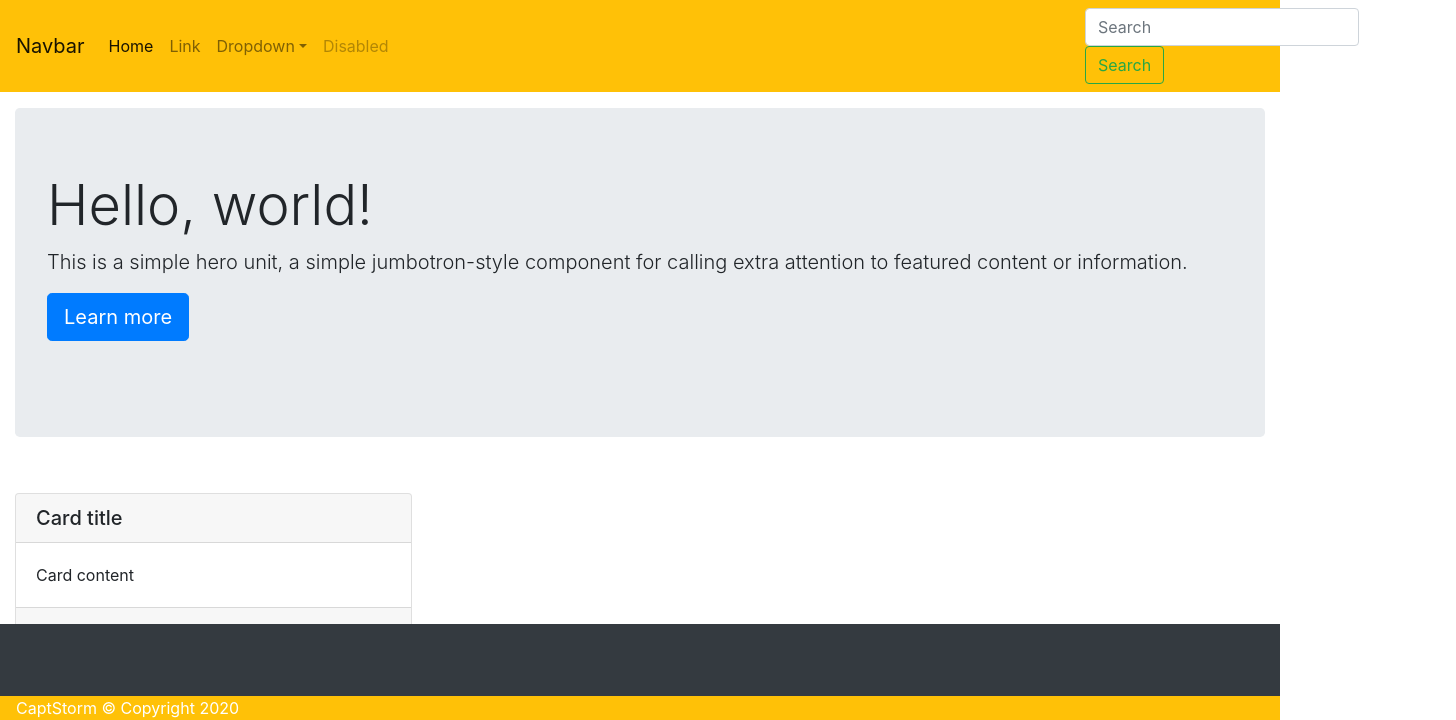
Repository: CaptainStorm21/complete-react16-bootstrap-passing-props
Page: /
An editor plug-in stored every save of this project. The page is shown before and after the next save, followed by the edit.
The browser window is 1280 px wide. The page is 1359 px wide, then 1456 px, so the pictures cover 1456 px, including what lies to the right of the window. The pictures show the whole page.
The project was rebuilt for these pictures with package versions that can differ from the ones it lists, and the page was loaded fresh each time.

Above is the page before, as saved 2020-04-23 14:20:09.

### public/index.html
<!DOCTYPE html>
<html lang="en">
<head>
  <title>Bootstrap Example</title>
  <meta charset="utf-8">
  <meta name="viewport" content="width=device-width, initial-scale=1">
  <link rel="stylesheet" href="https://maxcdn.bootstrapcdn.com/bootstrap/4.4.1/css/bootstrap.min.css">
  <script src="https://ajax.googleapis.com/ajax/libs/jquery/3.4.1/jquery.min.js"></script>
  <script src="https://cdnjs.cloudflare.com/ajax/libs/popper.js/1.16.0/umd/popper.min.js"></script>
  <script src="https://maxcdn.bootstrapcdn.com/bootstrap/4.4.1/js/bootstrap.min.js"></script>
</head>
<body>
<div id="root"></div>

</body>
</html>

### src/index.js
import React from 'react';
import ReactDOM from 'react-dom';
import './style.css';
import App from './App';
import * as serviceWorker from './serviceWorker';


ReactDOM.render(
  <React.StrictMode>
    <App />
  </React.StrictMode>,
  document.getElementById('root')
);

// If you want your app to work offline and load faster, you can change
// unregister() to register() below. Note this comes with some pitfalls.
// Learn more about service workers: https://bit.ly/CRA-PWA
serviceWorker.unregister();

### src/style.css




body {
  margin: 0;
  font-family: -apple-system, BlinkMacSystemFont, 'Segoe UI', 'Roboto', 'Oxygen',
    'Ubuntu', 'Cantarell', 'Fira Sans', 'Droid Sans', 'Helvetica Neue',
    sans-serif;
  -webkit-font-smoothing: antialiased;
  -moz-osx-font-smoothing: grayscale;
}

.footer {
  position: absolute;
  bottom: 0;
  width: 100%;
  height: 60px; /* Set the fixed height of the footer here */
  line-height: 60px; /* Vertically center the text there */
  background-color: purple;
}

### src/App.js
import React from "react";
import Main from "./components/Main";
import ContanerCard from "./components/ContainerCard";

import Header from "./components/layout/Header";
import Footer from "./components/layout/Footer";

function App() {
  return (
    <div>
      <Header />
      <div classNameName="container-fluid">
        <div className="col-lg-12 py-3">
          <Main />
        </div>
        <div className="container-fluid">
          <div className="row">
            <ContanerCard />
          </div>
        </div>
        <Footer />
      </div>
    </div>
  );
}

export default App;

### src/components/Main.js
import React from "react";

function Main() {
  return (
    <div className="jumbotron">
      <h1 className="display-4">Hello, world!</h1>
      <p className="lead">
        This is a simple hero unit, a simple jumbotron-style component for
        calling extra attention to featured content or information.
        <p className = "py-3">
        <a className="btn btn-primary btn-lg" href="#" role="button">
          Learn more
        </a>
        </p>
      </p>
    </div>
  );
}

export default Main;

### src/components/ContainerCard.js
import React from "react";

function ContainerCard() {
  return (
    <div className="col-md-4 col-lg-4 py-2">
    <div className="card">
      <h5 className="card-header">Card title</h5>
      <div className="card-body">
        <p className="card-text">Card content</p>
      </div>
      <div className="card-footer">Card footer</div>
    </div>
    </div>
  );
}

export default ContainerCard;

### src/components/layout/Header.js
import React from "react";
import Navbar from "./Navbar";

function Header() {
  return (
    <nav className="navbar navbar-expand-lg navbar-light bg-warning">
              <Navbar />
    </nav>
  );
}

export default Header;

### src/components/layout/Footer.js
import React from "react";

function Footer() {
  return (
    <footer className="bg-dark py-5 fixed-bottom ">
      <div className="container"></div>
      <div className="container-fluid">
        <div className="row bg-info">
        <div className="bg-warning fixed-bottom">
          <span className="p-3 text-white">
            CaptStorm &copy; Copyright 2020
          </span>
        </div>        </div>
      </div>
    </footer>
  );
}

export default Footer;

### src/components/layout/Navbar.js
import React from "react";
import "./Nav.css";

function Navbar() {
  return (
    <>
   <a className="navbar-brand" href="/">Navbar</a>
        <button className="navbar-toggler" type="button" data-toggle="collapse" data-target="#navbarSupportedContent" aria-controls="navbarSupportedContent" aria-expanded="false" aria-label="Toggle navigation">
          <span className="navbar-toggler-icon"></span>
        </button>

        <div className="collapse navbar-collapse" id="navbarSupportedContent">
          <ul className="navbar-nav mr-auto">
            <li className="nav-item active">
              <a className="nav-link" href="/">Home <span className="sr-only">(current)</span></a>
            </li>
            <li className="nav-item">
              <a className="nav-link" href="/">Link</a>
            </li>
            <li className="nav-item dropdown">
              <a className="nav-link dropdown-toggle" href="/" id="navbarDropdown" role="button" data-toggle="dropdown" aria-haspopup="true" aria-expanded="false">
                Dropdown
              </a>
              <div className="dropdown-menu" aria-labelledby="navbarDropdown">
                <a className="dropdown-item" href="/">Action</a>
                <a className="dropdown-item" href="/">Another action</a>
                <div className="dropdown-divider"></div>
                <a className="dropdown-item" href="/">Something else here</a>
              </div>
            </li>
            <li className="nav-item">
              <a className="nav-link disabled" href="/">Disabled</a>
            </li>
          </ul>
          <div className = "col-2">
          <form className="form-inline my-2 my-lg-0 pull-right ">
            <input className="form-control mr-sm-2" type="search" placeholder="Search" aria-label="Search" />
            <button className="btn btn-outline-success my-2 my-sm-0" type="submit">Search</button>
          </form></div>
        </div>
  </>
)
}

export default Navbar;

### src/components/layout/Nav.css
@media (min-width: 768px) {
    .navbar-nav {
      width: 100%;
      text-align: center;
    }
    .navbar-nav > li {
      float: none;
      display: inline-block;
    }
    .navbar-nav > li.navbar-right {
      float: right !important;
    }
  }

Loaded but not shown: src/serviceWorker.js (common file)

After the next save:
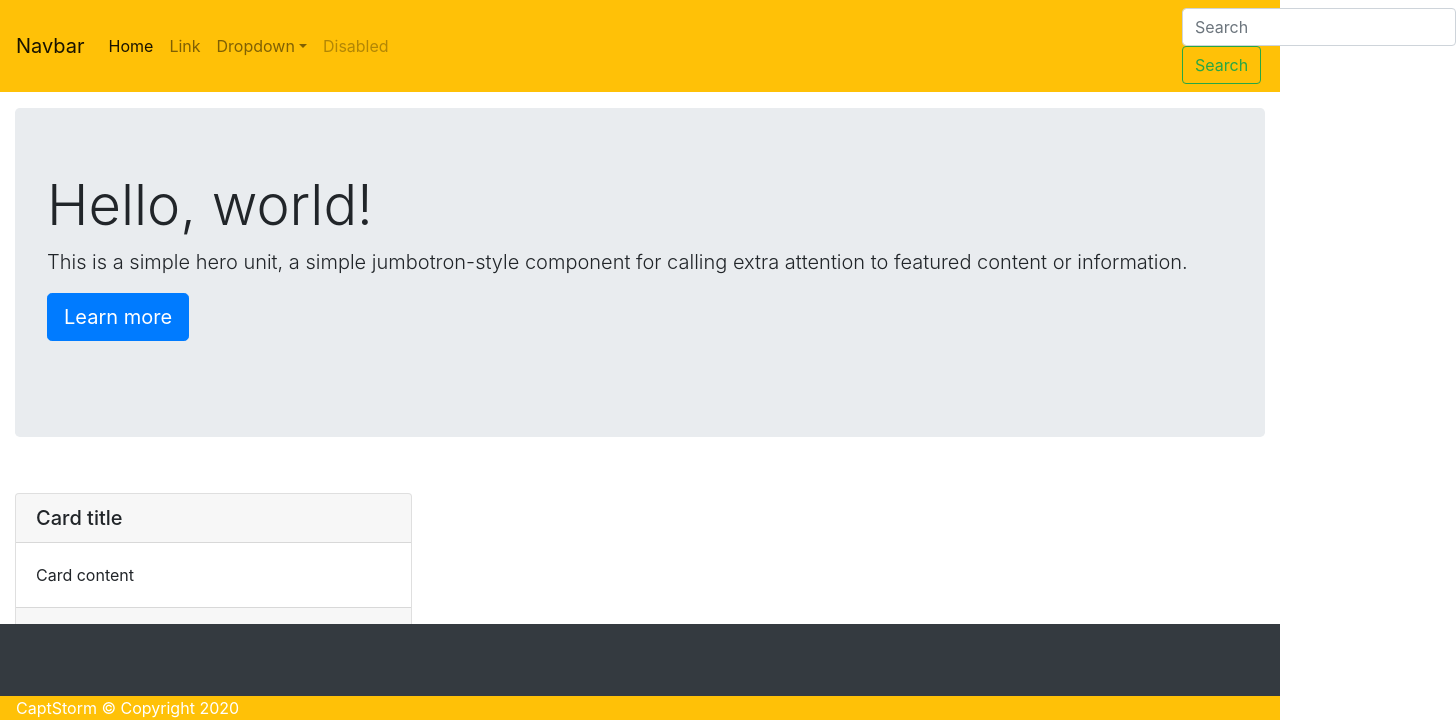
Saved 5 s later.
--- a/src/components/layout/Navbar.js
+++ b/src/components/layout/Navbar.js
@@ -32,7 +32,7 @@ function Navbar() {
               <a className="nav-link disabled" href="/">Disabled</a>
             </li>
           </ul>
-          <div className = "col-2">
+          <div className = "col-1">
           <form className="form-inline my-2 my-lg-0 pull-right ">
             <input className="form-control mr-sm-2" type="search" placeholder="Search" aria-label="Search" />
             <button className="btn btn-outline-success my-2 my-sm-0" type="submit">Search</button>
